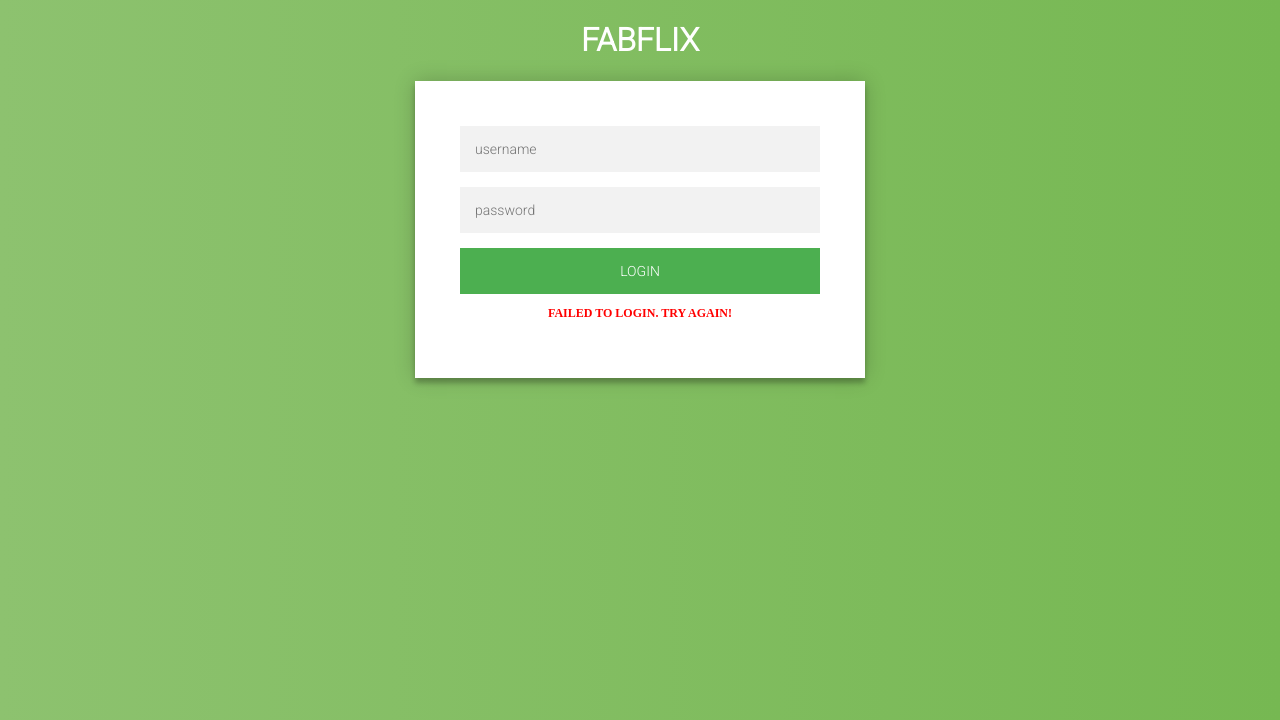
Repository: csetty/fabflix_project3
Page: http://localhost/fabflix/LoginController
These files come from the project's save history. The page is drawn as it stood at one moment and after the next save; the edit follows.
The browser window is 1280 px wide. The pictures show the whole page.
The page is served by Tomcat 9. Other server files are loaded and not shown. Queries for data that is not in the repository find no rows.

Above is the page before, as saved 2016-04-28 04:44:04.
Console error: ReferenceError: $ is not defined

### fabflix/WebContent/login.jsp
<%@ page language="java" contentType="text/html; charset=ISO-8859-1"
	pageEncoding="ISO-8859-1"%>
<!DOCTYPE html PUBLIC "-//W3C//DTD HTML 4.01 Transitional//EN" "http://www.w3.org/TR/html4/loose.dtd">
<html>
<head>
<meta http-equiv="Content-Type" content="text/html; charset=ISO-8859-1">
<meta name="viewport" content="width=device-width, initial-scale=1">
<% // @ taglib uri="http://java.sun.com/jsp/jstl/core" prefix="c" %>
<title>FabFlix - Login</title>
<!-- Latest compiled and minified CSS -->
<link rel="stylesheet" href="css/loginStylesheet.css">
<script src="js/script.js"></script>
<script type="text/javascript">
      var onloadCallback = function() {
        grecaptcha.render('html_element', {
          'sitekey' : '6LdegR4TAAAAAOPMZGMGscBljTzr_tMu55ZURKY4'
        });
      };
    </script>
</head>
<body>

<%
	if (request.getSession(false) != null && request.getSession().getAttribute("loggedInCustomer") != null)
	{
		response.sendRedirect("success.jsp");
	}
%>

	<h1 class = "text-center">Fabflix</h1>

	<div class="login-page">
  	<div class="form">

    <form action="LoginController" method="post" class="login-form">
      <input type="text" placeholder="username" name = "username"/>
      <input type="password" placeholder="password" name = "password"/>
      <button>login</button>
			<p class="wrongLogin">${requestScope['failure']}</p>
	  <div class="g-recaptcha" data-sitekey="6LeBgh4TAAAAAFzqdkzqn7G0KkbKCCNK1uetpEq5"></div>

    </form>
  </div>
</div>
<%--
	<form action="LoginController" method="post">
		Enter username : <input type="text" name="username"> <BR>
		Enter password : <input type="password" name="password"> <BR>
		<input type="submit" />
	</form> --%>

</body>
</html>

### fabflix/src/mvcdemo/controllers/LoginController.java
package mvcdemo.controllers;

import java.io.IOException;
import java.sql.Connection;
import java.sql.DriverManager;
import java.sql.ResultSet;
import java.sql.SQLException;
import java.sql.Statement;

import javax.servlet.RequestDispatcher;
import javax.servlet.ServletException;
import javax.servlet.http.HttpServlet;
import javax.servlet.http.HttpServletRequest;
import javax.servlet.http.HttpServletResponse;
import javax.servlet.http.HttpSession;

import mvcdemo.model.User;
import mvcdemo.model.SessionCart;
import mvcdemo.model.Customer;
import mvcdemo.model.Search;

import sun.text.normalizer.ICUBinary.Authenticate;

public class LoginController extends HttpServlet
{
    public String getServletInfo()
    {
       return "Servlet connects to MySQL database and displays result of a SELECT";
    }


    // HELPER method
	public static boolean loginAuthenticator(Statement select, String email, String password) throws SQLException {

		boolean exists = true;

		ResultSet result;

		String query = "Select email, password from customers where email = '" + email + "'" + " and password = '" + password + "';" ;

		result = select.executeQuery(query);

		if (!result.next()) {
			  System.out.println("This email/password combination is incorrect. Please try again.");
			  exists = false;
			} else {
			  //display results
			  do {
			    String queryEmail = result.getString(1);
			    String queryPassword = result.getString(2);
			    //name.setText(data);
			    System.out.println("RESULT IS: " + queryEmail + queryPassword);
			  } while (result.next());
			}

		return exists;
	}

    public void doGet(HttpServletRequest request, HttpServletResponse response)
        throws IOException, ServletException
    {

      String email = request.getParameter("username");
      String password = request.getParameter("password");
      RequestDispatcher rd = null;

      // Used to keep track of login info
      HttpSession session;

//
//      Authenticator authenticator = new Authenticator();
//      String result = authenticator.authenticate(username, password);

    	// Database login information
      String database = "root";
      String dbPassword = "password";

   // Incorporate mySQL driver
      // Establish connection to JBDC instance
      try {
		Class.forName("com.mysql.jdbc.Driver").newInstance();
		System.out.println("Success");
	} catch (InstantiationException e) {
		// TODO Auto-generated catch block
		e.printStackTrace();
	} catch (IllegalAccessException e) {
		// TODO Auto-generated catch block
		e.printStackTrace();
	} catch (ClassNotFoundException e) {
		// TODO Auto-generated catch block
		e.printStackTrace();
	}

      // Connection to local database using JDBC

      try {
		Connection connection = DriverManager.getConnection("jdbc:mysql://localhost:3306/moviedb", database, dbPassword);
		System.out.println("Connection successful!");
	    Statement select = connection.createStatement();
	    System.out.println("Select successful!");
//	    String emailLogin = "a@email.com";
//	    String passwordLogin = "a2";
	    Customer loggedInCustomer = null; // default value
	    loggedInCustomer= Search.verifyLoginAccount(email, password, connection);
	    System.out.println("Customer: " + loggedInCustomer);
	    if (loggedInCustomer != null){

	    	session = request.getSession(true);
	    	// to keep track of a customer, we must create a Customer object
			session.setAttribute("loggedInCustomer", loggedInCustomer);
			session.setAttribute("session_cart", new SessionCart());
			request.setAttribute("failure", "");
	    	rd = request.getRequestDispatcher("/success.jsp");
	    	User user = new User(email, password);
	        request.setAttribute("user", user);
	    }
	    else {
          rd = request.getRequestDispatcher("/login.jsp");
          String failure = "Failed to login. Try again!";
          request.setAttribute("failure", failure );
	    }
	    rd.forward(request, response);
//	    connection.close(); // close or no?

	} catch (SQLException e) {
		// TODO Auto-generated catch block
		e.printStackTrace();
	}

    }

    public void doPost(HttpServletRequest request, HttpServletResponse response)
        throws IOException, ServletException
    {
	doGet(request, response);
    }
}

### fabflix/WebContent/css/loginStylesheet.css
@import url(https://fonts.googleapis.com/css?family=Roboto:300);

.initial-login-page {
  width: 360px;
  padding: 8% 0 0;
  margin: auto;
}
.form {
  margin: 0 auto 100px;
  padding: 45px;
  text-align: center;
  box-shadow: 0 0 20px 0 rgba(0, 0, 0, 0.2), 0 5px 5px 0 rgba(0, 0, 0, 0.24);
  position: relative;
  z-index: 1;
  background: #FFFFFF;
  max-width: 360px;
}
.form input {
  box-sizing: border-box;
  font-size: 14px;
  border: 0;
  margin: 0 0 15px;
  padding: 15px;
  font-family: "Roboto", sans-serif;
  outline: 0;
  background: #f2f2f2;
  width: 100%;
}
.form button {
  transition: all 0.3 ease;
  cursor: pointer;
  width: 100%;
  border: 0;
  padding: 15px;
  color: #FFFFFF;
  font-size: 14px;
  -webkit-transition: all 0.3 ease;
  font-family: "Roboto", sans-serif;
  text-transform: uppercase;
  outline: 0;
  background: #4CAF50;

}
.form button:hover,.form button:active,.form button:focus {
  background: #43A047;
}
.form .message {
  font-size: 12px;
  margin: 15px 0 0;
  color: #b3b3b3;
}
.form .message a {
  text-decoration: none;
  color: #4CAF50;
}
.form .register-form {
  display: none;
}
.container {
  max-width: 300px;
  margin: 0 auto;
  position: relative;
  z-index: 1;
}
.container:before, .container:after {
  content: "";
  display: block;
  clear: both;
}
.container .info {
  margin: 50px auto;
  text-align: center;
}
.container .info h1 {
  margin: 0 0 15px;
  padding: 0;
  font-size: 36px;
  font-weight: 300;
  color: #1a1a1a;
}
.container .info span {
  color: #4d4d4d;
  font-size: 12px;
}
.container .info span a {
  color: #000000;
  text-decoration: none;
}
.container .info span .fa {
  color: #EF3B3A;
}
body {
  background: #76b852; /* fallback for old browsers */
  background: -webkit-linear-gradient(right, #76b852, #8DC26F);
  background: -moz-linear-gradient(right, #76b852, #8DC26F);
  background: -o-linear-gradient(right, #76b852, #8DC26F);
  background: linear-gradient(to left, #76b852, #8DC26F);
  font-family: "Roboto", sans-serif;
  -webkit-font-smoothing: antialiased;
  -moz-osx-font-smoothing: grayscale;
}

/*HEADER STYLES*/
h1 {
  text-align: center;
  font-family: "Roboto", sans-serif;
  color: white;
  text-transform: uppercase;
  font-weight: bold;
}

.wrongLogin {
  color: red;
  font-weight: bold;
  font-size: 12px;
  text-align: center;
  font-family: "Times New Roman", sans-serif;
  text-transform: uppercase;
}

Loaded but not shown: fabflix/WebContent/js/script.js (7 lines, source omitted); fabflix/src/mvcdemo/model/Search.java (1067 lines, source omitted)

After the next save:
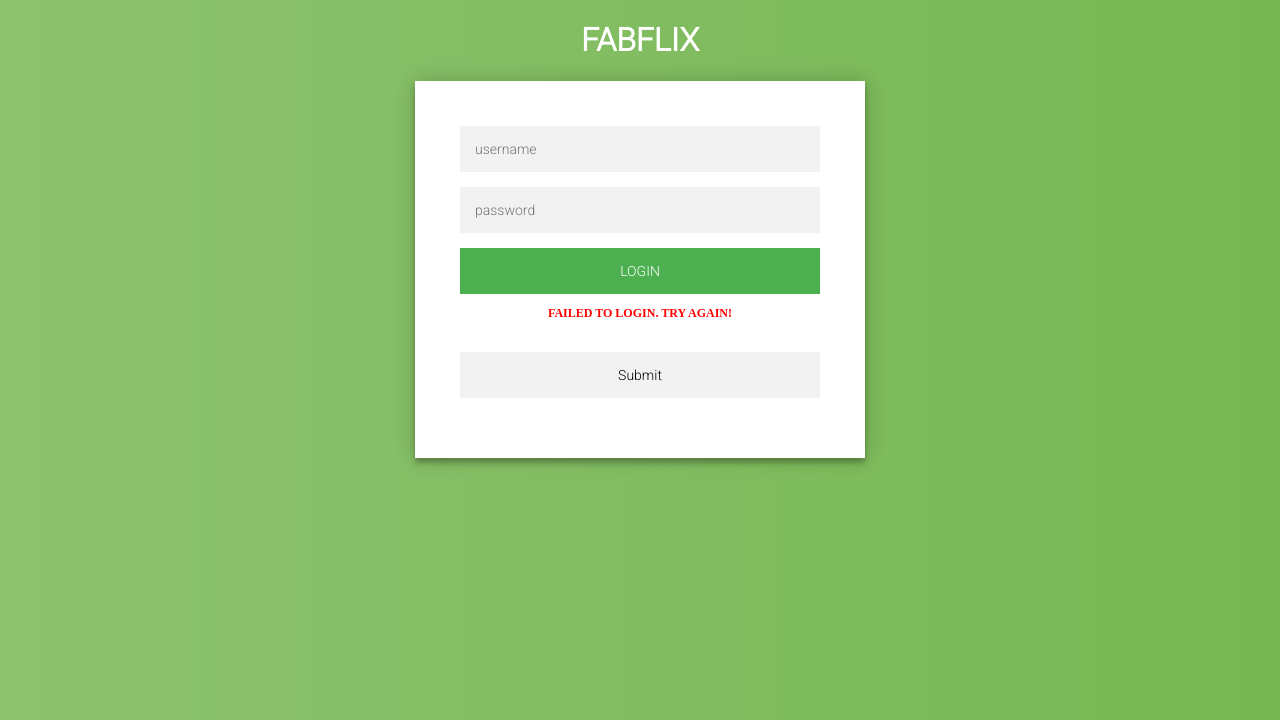
Saved 4 min 2 s later.
--- a/fabflix/WebContent/login.jsp
+++ b/fabflix/WebContent/login.jsp
@@ -37,9 +37,14 @@
       <input type="password" placeholder="password" name = "password"/>
       <button>login</button>
 			<p class="wrongLogin">${requestScope['failure']}</p>
-	  <div class="g-recaptcha" data-sitekey="6LeBgh4TAAAAAFzqdkzqn7G0KkbKCCNK1uetpEq5"></div>
+	 <div id="html_element"></div>
+	 <br>
+     <input type="submit" value="Submit">
 
     </form>
+    <script src="https://www.google.com/recaptcha/api.js?onload=onloadCallback&render=explicit"
+        async defer>
+    </script>
   </div>
 </div>
 <%--
